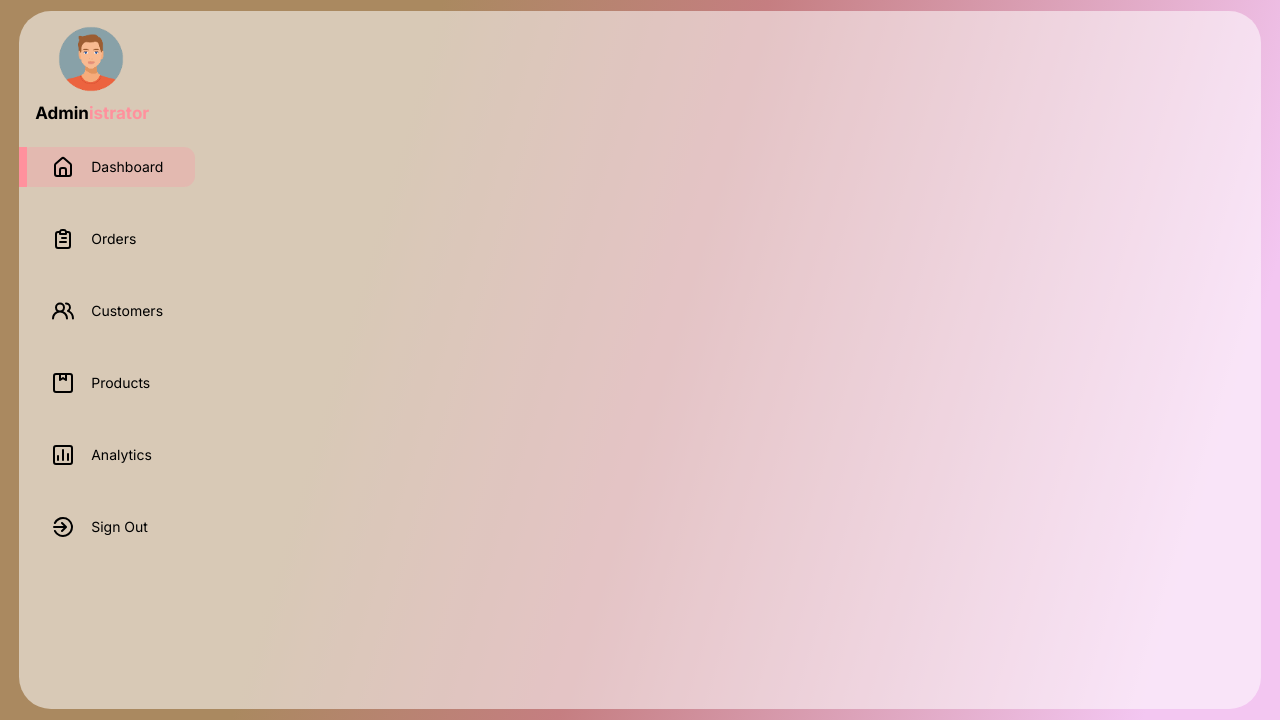
Repository: Zeeohn/react-admin-dash1
Page: /
These files come from the project's save history. The page is drawn as it stood at one moment and after the next save; the edit follows.
The browser window is 1280 px wide. The pictures show the whole page.
The project was rebuilt for these pictures with package versions that can differ from the ones it lists, and the page was loaded fresh each time.

Above is the page before, as saved 2022-05-20 13:23:37.

### public/index.html
<!DOCTYPE html>
<html lang="en">
  <head>
    <meta charset="utf-8" />
    <meta name="viewport" content="width=device-width, initial-scale=1" />
    <meta name="theme-color" content="#000000" />
    <meta
      name="description"
      content="Web site created using create-react-app"
    />
    <link rel="preconnect" href="https://fonts.googleapis.com" />
    <link rel="preconnect" href="https://fonts.gstatic.com" crossorigin />
    <link
      href="https://fonts.googleapis.com/css2?family=Inter:wght@400;500;700&family=Poppins:ital,wght@0,100;0,200;0,300;0,400;0,500;0,600;0,700;0,800;0,900;1,100;1,200;1,300;1,400;1,500;1,600;1,700;1,800;1,900&display=swap"
      rel="stylesheet"
    />

    <style>
      body {
        margin: 0;
      }
    </style>
    <!--
      manifest.json provides metadata used when your web app is installed on a
      user's mobile device or desktop. See https://developers.google.com/web/fundamentals/web-app-manifest/
    -->
    <!--
      Notice the use of %PUBLIC_URL% in the tags above.
      It will be replaced with the URL of the `public` folder during the build.
      Only files inside the `public` folder can be referenced from the HTML.

      Unlike "/favicon.ico" or "favicon.ico", "%PUBLIC_URL%/favicon.ico" will
      work correctly both with client-side routing and a non-root public URL.
      Learn how to configure a non-root public URL by running `npm run build`.
    -->
    <title>React App</title>
  </head>
  <body>
    <noscript>You need to enable JavaScript to run this app.</noscript>
    <div id="root"></div>
    <!--
      This HTML file is a template.
      If you open it directly in the browser, you will see an empty page.

      You can add webfonts, meta tags, or analytics to this file.
      The build step will place the bundled scripts into the <body> tag.

      To begin the development, run `npm start` or `yarn start`.
      To create a production bundle, use `npm run build` or `yarn build`.
    -->
  </body>
</html>

### src/index.js
import React from 'react';
import ReactDOM from 'react-dom/client';
import App from './App';

const root = ReactDOM.createRoot(document.getElementById('root'));
root.render(
  <App />
)

// If you want to start measuring performance in your app, pass a function
// to log results (for example: reportWebVitals(console.log))
// or send to an analytics endpoint. Learn more: https://bit.ly/CRA-vitals

### src/App.js
import "./App.css";
import Sidebar from "./components/sidebar/Sidebar.jsx";

function App() {
  return (
    <div className="App">
      <div className="AppGlass">
        <Sidebar />
        <div></div>
        <div></div>
      </div>
    </div>
  );
}

export default App;

### src/App.css
:root {
  --yellow: linear-gradient(180deg, #f8d49a -146.42%, #fad79d -46.42%);
  --orange: #fca61f;
  --black: #242d49;
  --gray: #788097;
  --purple: linear-gradient(180deg, #bb67ff 0%, #c484f3 100%);
  --pink: #ff919d;
  --glass: rgba(255, 255, 255, 0.54);
  --boxShadow: 0px 19px 60px rgb(0 0 0 / 8%);
  --smboxShadow: -79px 51px 60px rgba(0, 0, 0, 0.08);
  --activeItem: #f799a354;
}

.App {
  background: linear-gradient(
    106.37deg,
    #aa8960 29.63%,
    #c57e81 51.55%,
    #f3c6f1 90.85%
  );
  height: 100vh;
  display: flex;
  justify-content: center;
  align-items: center;
  font-family: "Inter", sans-serif;
}

.AppGlass {
  display: grid;
  height: 97%;
  width: 97%;
  border-radius: 2rem;
  background-color: var(--glass);
  overflow: hidden;
  grid-template-columns: 11rem auto 23rem;
}

### src/components/sidebar/Sidebar.jsx
import React from "react";
import { useState } from "react";
import "./Sidebar.css";
import Placeholder from "../../imgs/placeholder.png";

import { SidebarData } from "../../Data/Data.js";
import { UilSignOutAlt } from "@iconscout/react-unicons";

const Sidebar = () => {
  const [selected, setSelected] = useState(0);
  return (
    <div className="Sidebar">
      {/*logo*/}
      <div className="logo">
        <img src={Placeholder} alt="Admin placeholder" />
        <span>
          Admin<span>istrator</span>
        </span>
      </div>

      {/* menu */}
      <div className="menu">
        {SidebarData.map((item, index) => {
          return (
            <div
              className={selected === index ? "menuItem active" : "menuItem"}
              key={index}
              onClick={() => setSelected(index)}
            >
              <item.icon />
              <span>{item.heading}</span>
            </div>
          );
        })}

        <div className="menuItem signOut">
          <UilSignOutAlt />
          <span>Sign Out</span>
        </div>
      </div>
    </div>
  );
};

export default Sidebar;

### src/components/sidebar/Sidebar.css
.Sidebar {
  display: flex;
  flex-direction: column;
  position: relative;
  padding-top: 0.5rem;
  transition: all 300ms ease;
}

.logo {
  display: block;
  height: 4rem;
  font-weight: bold;
  font-size: 17px;
  gap: 0.1rem;
  padding-left: 1rem;
  align-items: center;
  justify-content: center;
}

.logo > img {
  width: 5rem;
  height: 5rem;
  padding-left: 1rem;
}

.logo > span > span {
  color: var(--pink);
}

/* Menu */

.menu {
  margin-top: 4rem;
  display: flex;
  flex-direction: column;
  gap: 2rem;
}

.menuItem {
  display: flex;
  align-items: center;
  gap: 1rem;
  height: 2.5rem;
  margin-left: 2rem;
  position: relative;
  transition: all 300ms ease;
  font-size: 14px;
  border-radius: 0.7rem;
}

.menuItem:hover {
  cursor: pointer;
}

.active {
  background: var(--activeItem);
  margin-left: 0;
}

.active::before {
  content: " ";
  width: 8px;
  height: 100%;
  background: var(--pink);
  margin-right: calc(1rem - 8px);
}

.menu .menuItem .signOut {
  position: absolute;
  bottom: 2.3rem;
  width: 100%;
}

.signOut:hover {
  background: rgba(255, 4, 4, 0.315);
  transition: ease-out;
}

### src/Data/Data.js
// Sidebar imports
import {
  UilEstate,
  UilClipboardAlt,
  UilUsersAlt,
  UilPackage,
  UilChart,
} from "@iconscout/react-unicons";

export const SidebarData = [
  {
    icon: UilEstate,
    heading: "Dashboard",
  },
  {
    icon: UilClipboardAlt,
    heading: "Orders",
  },
  {
    icon: UilUsersAlt,
    heading: "Customers",
  },
  {
    icon: UilPackage,
    heading: "Products",
  },
  {
    icon: UilChart,
    heading: "Analytics",
  },
];

After the next save:
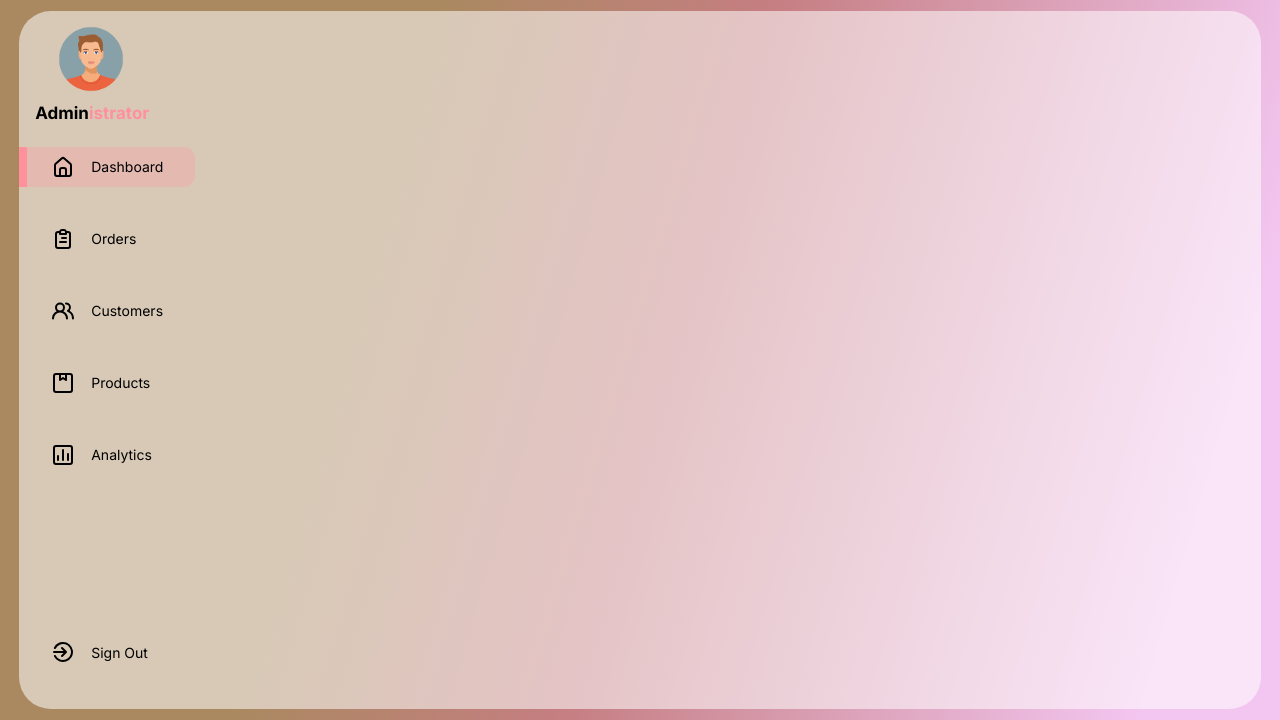
Saved 33 s later.
--- a/src/components/sidebar/Sidebar.css
+++ b/src/components/sidebar/Sidebar.css
@@ -65,7 +65,7 @@
   margin-right: calc(1rem - 8px);
 }
 
-.menu .menuItem .signOut {
+.menu .menuItem:last-child {
   position: absolute;
   bottom: 2.3rem;
   width: 100%;
